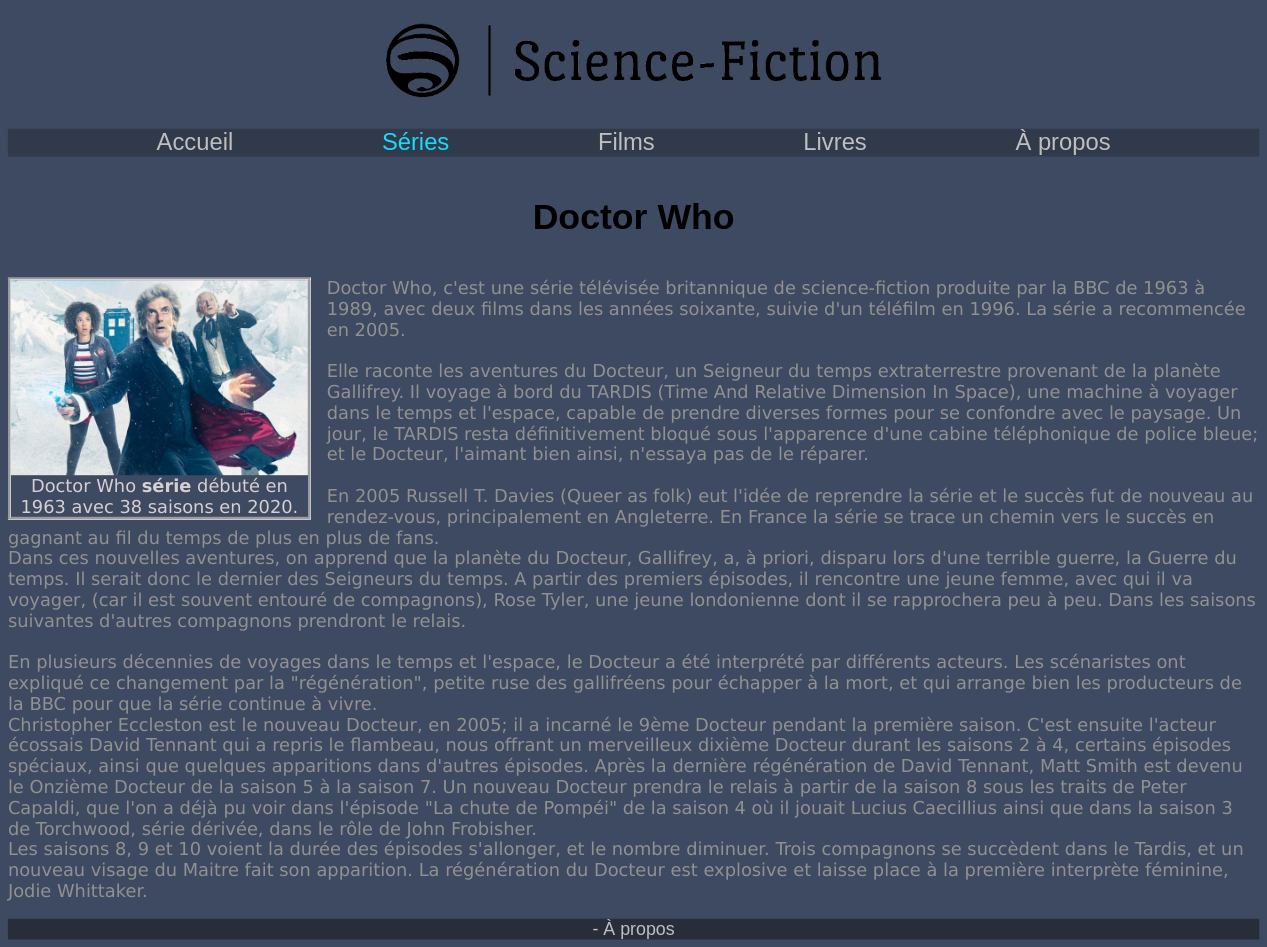
Repository: Emalios/Projet-Web
Page: html/series/doctor-who.html
An editor plug-in stored every save of this project. The page is shown before and after a run of saves, followed by the edit.
The browser window is 1280 px wide. The pictures show the whole page, at 99% of full size.

Above is the page before, as saved 2020-11-11 20:47:13.

### html/series/doctor-who.html
<!DOCTYPE html>
<html lang="fr" dir="ltr">

<head>
  <meta charset="utf-8">
  <meta name="viewport" content="width=device-width, initial-scale=1.0">
  <title>Doctor Who</title>
  <link rel="icon" href="../../images/small_icon.png" type="image/png">
  <link rel="stylesheet" href="../../css/common.css">
  <link rel="stylesheet" href="../../css/description.css">
</head>

<body>
  <header>
    <img id="logo" src="../../images/logo_large.png" alt="logo de Science-fiction">

    <nav class="navbar">
      <a href="../../index.html" class="nav-link">Accueil</a></li>
      <a href="../series.html" id="active" class="nav-link">Séries</a></li>
      <a href="../films.html" class="nav-link">Films</a></li>
      <a href="../livres.html" class="nav-link">Livres</a></li>
      <a href="../a-propos.html" class="nav-link">À propos</a></li>
    </nav>
  </header>
  <h1 id="title">Doctor Who</h1>
  <figure class="figure_descriptive">
    <img class="image_descriptive" alt="Un Doctor avec ses alliés" src="../../images/page-serie/doctor-who-scene.jpg" />
    <figcaption class="description">Doctor Who <b>série</b> débuté en 1963 avec 38 saisons en 2020.</figcaption>
  </figure>
  <main>
    <p class="resume">
      Doctor Who, c'est une série télévisée britannique de science-fiction produite par la BBC de 1963 à 1989, avec deux films dans les années soixante, suivie d'un téléfilm en 1996. La série a recommencée en 2005.</br></br>

      Elle raconte les aventures du Docteur, un Seigneur du temps extraterrestre provenant de la planète Gallifrey. Il voyage à bord du TARDIS (Time And Relative Dimension In Space), une machine à voyager dans le temps et l'espace, capable de prendre
      diverses formes pour se confondre avec le paysage. Un jour, le TARDIS resta définitivement bloqué sous l'apparence d'une cabine téléphonique de police bleue; et le Docteur, l'aimant bien ainsi, n'essaya pas de le réparer.</br></br>

      En 2005 Russell T. Davies (Queer as folk) eut l'idée de reprendre la série et le succès fut de nouveau au rendez-vous, principalement en Angleterre. En France la série se trace un chemin vers le succès en gagnant au fil du temps de plus en plus
      de fans.<br>

      Dans ces nouvelles aventures, on apprend que la planète du Docteur, Gallifrey, a, à priori, disparu lors d'une terrible guerre, la Guerre du temps. Il serait donc le dernier des Seigneurs du temps. A partir des premiers épisodes, il rencontre
      une jeune femme, avec qui il va voyager, (car il est souvent entouré de compagnons), Rose Tyler, une jeune londonienne dont il se rapprochera peu à peu. Dans les saisons suivantes d'autres compagnons prendront le relais.</br></br>

      En plusieurs décennies de voyages dans le temps et l'espace, le Docteur a été interprété par différents acteurs. Les scénaristes ont expliqué ce changement par la "régénération", petite ruse des gallifréens pour échapper à la mort, et qui
      arrange bien les producteurs de la BBC pour que la série continue à vivre.<br>

      Christopher Eccleston est le nouveau Docteur, en 2005; il a incarné le 9ème Docteur pendant la première saison. C'est ensuite l'acteur écossais David Tennant qui a repris le flambeau, nous offrant un merveilleux dixième Docteur durant les
      saisons 2 à 4, certains épisodes spéciaux, ainsi que quelques apparitions dans d'autres épisodes. Après la dernière régénération de David Tennant, Matt Smith est devenu le Onzième Docteur de la saison 5 à la saison 7. Un nouveau Docteur prendra
      le relais à partir de la saison 8 sous les traits de Peter Capaldi, que l'on a déjà pu voir dans l'épisode "La chute de Pompéi" de la saison 4 où il jouait Lucius Caecillius ainsi que dans la saison 3 de Torchwood, série dérivée, dans le rôle
      de John Frobisher.<br>

      Les saisons 8, 9 et 10 voient la durée des épisodes s'allonger, et le nombre diminuer. Trois compagnons se succèdent dans le Tardis, et un nouveau visage du Maitre fait son apparition. La régénération du Docteur est explosive et laisse place à
      la première interprète féminine, Jodie Whittaker.
    </p>
  </main>
  <footer><a href="../a-propos.html" class="footer-link">- À propos</a></footer>
</body>


</html>

### css/common.css
body {
  background-color: #3e4a61;
  font-size: 18px;
  font-family: "Source Sans Pro", sans-serif;
}

#logo {
  display: block;
  margin-left: auto;
  margin-right: auto;
  padding-top: 1rem;
  padding-bottom: 2rem;
  max-width: 500px;
}

ul {
  list-style: none outside none;
}

.navbar {
  font-size: 24px;
  display: flex;
  flex-wrap: wrap;
  justify-content: space-evenly;
  padding: 0;
  background-color: #313a4b;
}

.nav-link, .footer-link {
  text-decoration: none;
  color: #c0bebe;
}

.nav-link:hover {
  color: #19dafa;
}

#active {
  color: #19dafa !important;
}

#title {
  text-align: center;
  padding: 1rem;
}

footer {
  background-color: #272e3a;
  text-align: center;
}

@media all and (max-width: 700px) {
  #logo {
    display: block;
    margin-left: auto;
    margin-right: auto;
    padding-top: 1em;
    width: 85%;
    max-width: 500px;
  }

}

### css/description.css
.resume, .description {
  color: #919191;
  font-family: Verdana, sans-serif;
}

.description {
    color: #d6d0d0;
}

.figure_descriptive {
    margin: 0;
    margin-right: 1rem;
    width: min-content;
    display: flex;
    flex-direction: column;
    float: left;
    text-align: center;
    border-style: groove;
}

.description {
  margin: 0;
  width: 100%;
  text-align: center;
}

.image_descriptive {
  float: left;
  width: 100%;
  min-width: 300px;
}

After the next 3 saves:
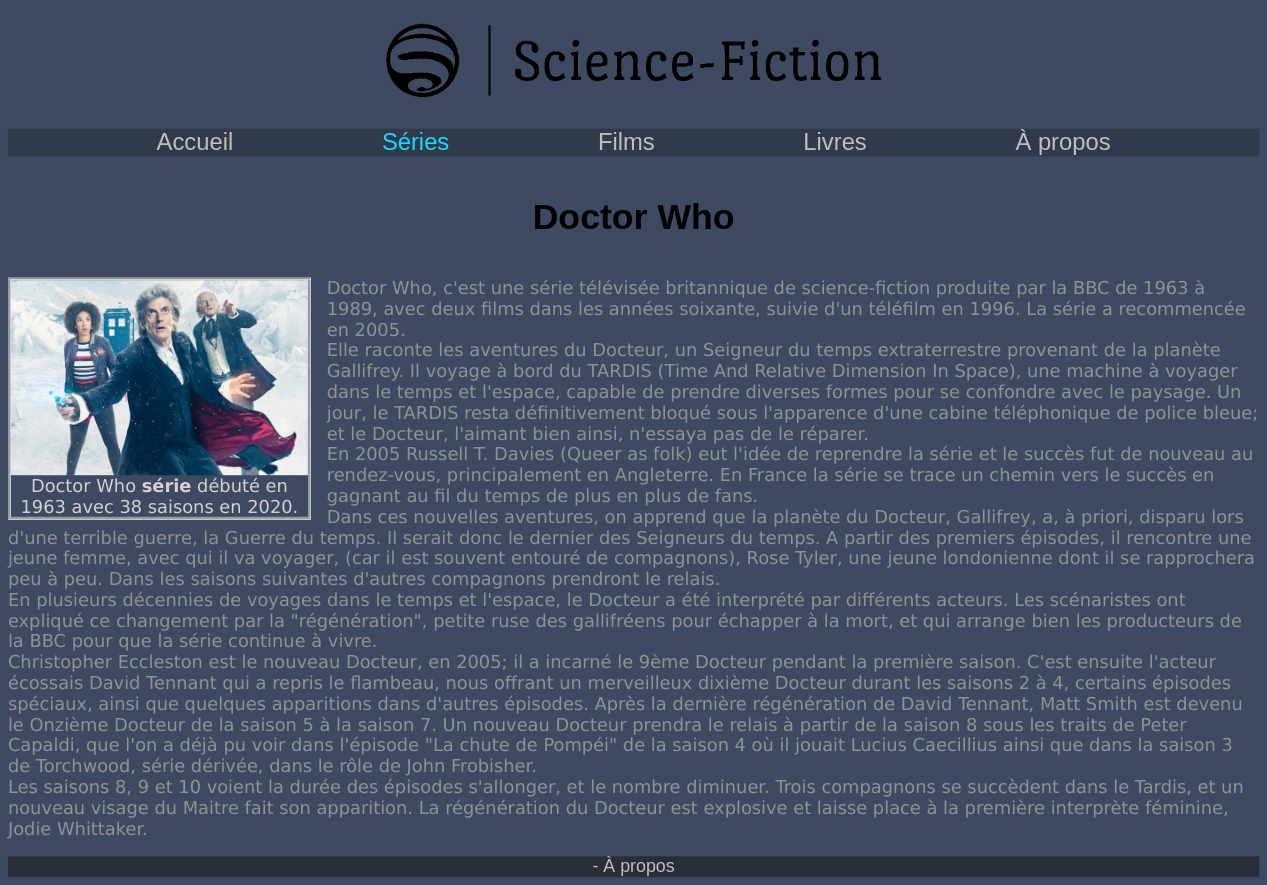
The 3 saves are shown as one change because they came seconds apart.
The last was saved 11 s later.
--- a/html/series/doctor-who.html
+++ b/html/series/doctor-who.html
@@ -29,16 +29,16 @@
   </figure>
   <main>
     <p class="resume">
-      Doctor Who, c'est une série télévisée britannique de science-fiction produite par la BBC de 1963 à 1989, avec deux films dans les années soixante, suivie d'un téléfilm en 1996. La série a recommencée en 2005.</br></br>
+      Doctor Who, c'est une série télévisée britannique de science-fiction produite par la BBC de 1963 à 1989, avec deux films dans les années soixante, suivie d'un téléfilm en 1996. La série a recommencée en 2005.<br>
 
       Elle raconte les aventures du Docteur, un Seigneur du temps extraterrestre provenant de la planète Gallifrey. Il voyage à bord du TARDIS (Time And Relative Dimension In Space), une machine à voyager dans le temps et l'espace, capable de prendre
-      diverses formes pour se confondre avec le paysage. Un jour, le TARDIS resta définitivement bloqué sous l'apparence d'une cabine téléphonique de police bleue; et le Docteur, l'aimant bien ainsi, n'essaya pas de le réparer.</br></br>
+      diverses formes pour se confondre avec le paysage. Un jour, le TARDIS resta définitivement bloqué sous l'apparence d'une cabine téléphonique de police bleue; et le Docteur, l'aimant bien ainsi, n'essaya pas de le réparer.<br>
 
       En 2005 Russell T. Davies (Queer as folk) eut l'idée de reprendre la série et le succès fut de nouveau au rendez-vous, principalement en Angleterre. En France la série se trace un chemin vers le succès en gagnant au fil du temps de plus en plus
       de fans.<br>
 
       Dans ces nouvelles aventures, on apprend que la planète du Docteur, Gallifrey, a, à priori, disparu lors d'une terrible guerre, la Guerre du temps. Il serait donc le dernier des Seigneurs du temps. A partir des premiers épisodes, il rencontre
-      une jeune femme, avec qui il va voyager, (car il est souvent entouré de compagnons), Rose Tyler, une jeune londonienne dont il se rapprochera peu à peu. Dans les saisons suivantes d'autres compagnons prendront le relais.</br></br>
+      une jeune femme, avec qui il va voyager, (car il est souvent entouré de compagnons), Rose Tyler, une jeune londonienne dont il se rapprochera peu à peu. Dans les saisons suivantes d'autres compagnons prendront le relais.<br>
 
       En plusieurs décennies de voyages dans le temps et l'espace, le Docteur a été interprété par différents acteurs. Les scénaristes ont expliqué ce changement par la "régénération", petite ruse des gallifréens pour échapper à la mort, et qui
       arrange bien les producteurs de la BBC pour que la série continue à vivre.<br>
